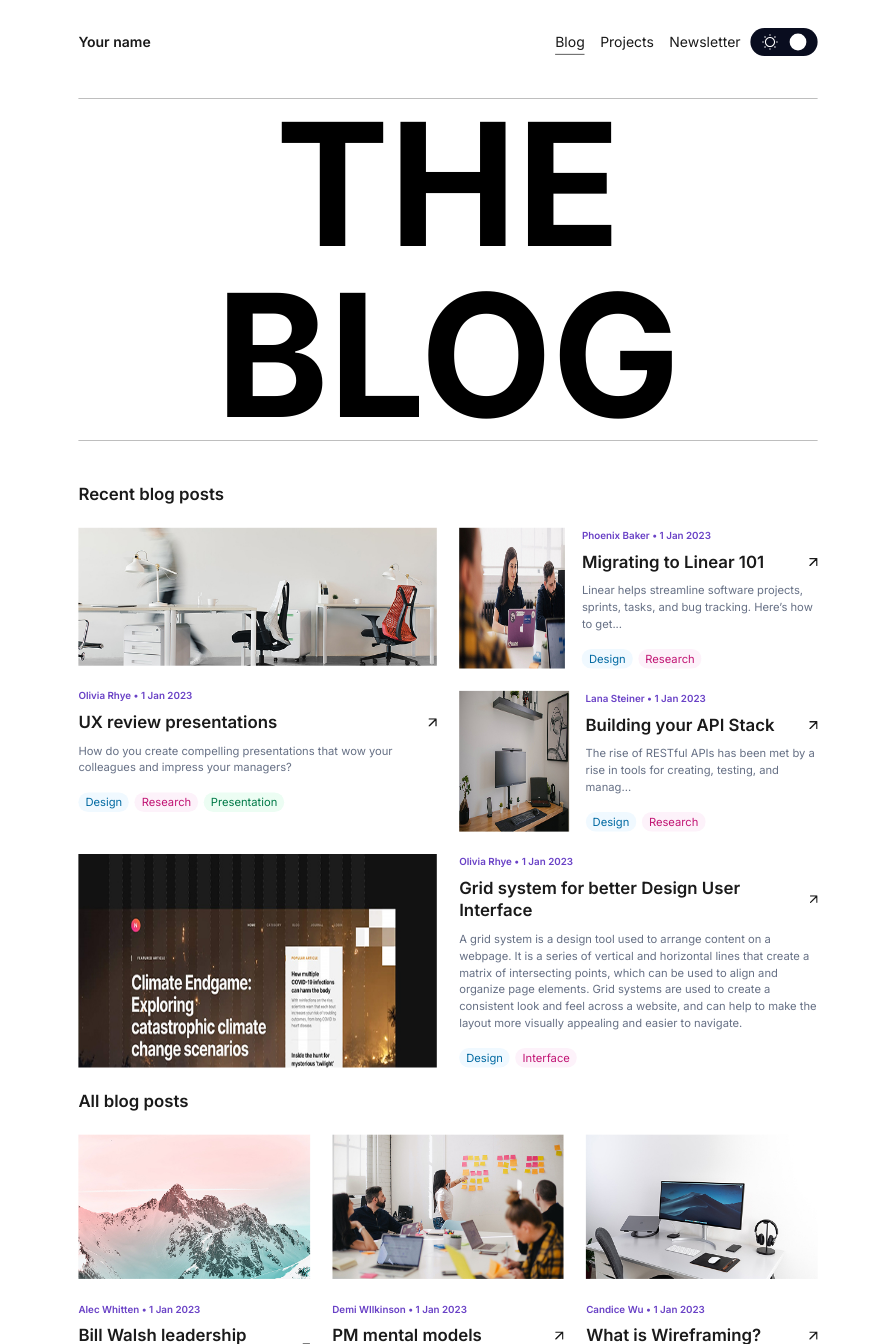
Repository: RawanBarakat-hub/task-6-adv
Page: /
These files come from the project's save history. The page is drawn as it stood at one moment and after a run of saves; the edit follows.
The browser window is 1280 px wide. The pictures show the part of the page from y = 0 to 1920 px (the page is 2857 px tall before and 720 px after), at 70% of full size.
The project was rebuilt for these pictures with package versions that can differ from the ones it lists, and the page was loaded fresh each time. Also part of the build but not shown: vite.config.ts, src/components/CardDetailed/CardDetailed.tsx, src/components/SectionBlogDetails/SectionBlogDetails.tsx, src/components/NewsLetterForm/NewsLetterForm.tsx, src/pages/Blog.tsx, src/components/SectionNews/SectionNews.tsx, src/components/MainNews/MainNews.tsx, src/pages/NewsLetter.tsx.

Above is the page before, as saved 2026-02-25 01:40:24.

### index.html
<!doctype html>
<html lang="en">
  <head>
    <meta charset="UTF-8" />
    <link rel="icon" type="image/svg+xml" href="/vite.svg" />
    <meta name="viewport" content="width=device-width, initial-scale=1.0" />
    <title>task-6-adv</title>
  </head>
  <body>
    <div id="root"></div>
    <script type="module" src="/src/main.tsx"></script>
  </body>
</html>

### src/main.tsx
import { StrictMode } from 'react'
import { createRoot } from 'react-dom/client'
import './index.css'
import { createBrowserRouter, RouterProvider } from 'react-router-dom'
import Home from './pages/Home.tsx'
import Blog from './pages/Blog.tsx'
import NewsLetter from './pages/NewsLetter.tsx'
import Root from './pages/Root.tsx'
import { DarkProvider } from './context/DarkContext.tsx'
import { Provider } from 'react-redux'
import store from './redux/store/index.ts'
const routes=createBrowserRouter([
  {
  path:"/",
  element:<Root/>,
  children:
    [
      {
        path:"",
        element:<Home/>
      },
      {
        path:"projects",
        element:<Blog/>,
        children:[
          {
            path:":id",
            element:<Blog/>
          }
        ]
      },
      {
        path:"news",
        element:<NewsLetter/>
      }
    ]
  }
])
createRoot(document.getElementById('root')!).render(
  <StrictMode>
    <Provider store={store}>
      <DarkProvider>
        <RouterProvider router={routes}></RouterProvider>
      </DarkProvider>
    </Provider>
  </StrictMode>,
)

### src/index.css
@import url('https://fonts.googleapis.com/css2?family=Inter:ital,opsz,wght@0,14..32,100..900;1,14..32,100..900&display=swap');
@import "tailwindcss";
@custom-variant dark (&:where(.dark, .dark *));
@theme {
    --color-text-color: #1A1A1A;
    --color-dark: #090D1F;
    --color-my-primary: #7F56D9;
    --font-inter: "Inter", sans-serif;
}

### src/pages/Home.tsx
import MainHome from "../components/MainHome/MainHome"

const Home = () => {
    return (
        <div>
            <MainHome/>
        </div>
    )
}

export default Home

### src/pages/Root.tsx
import { Outlet, useLocation } from "react-router-dom";
import NavBar from "../components/NavBar/NavBar";
import type { LinkProp } from "../interfaces";
import { useContext } from "react";
import { DarkContext } from "../context/DarkContext";
import Footer from "../components/Footer/Footer";
import ScrollToTop from "../components/ScollToTop";
import { motion, AnimatePresence } from "framer-motion";

const Root = () => {
    const { dark } = useContext(DarkContext);
    const location = useLocation();

    const navItems: Array<LinkProp> = [
        { url: "/", text: "Blog" },
        { url: "/projects", text: "Projects" },
        { url: "/news", text: "Newsletter" }
    ];

    const footerItems: Array<LinkProp> = [
        { url: "https://x.com", text: "Twitter " },
        { url: "https://www.linkedin.com", text: "LinkedIn" },
        { url: "mailto:blog@gmail.com", text: "Email" },
        { url: "#", text: "RSS feed" },
        { url: "#", text: "Add to Feedly" }
    ];

    return (
        <div
    className={`
        ${dark && "dark"}
        px-5 lg:px-28 font-inter
        bg-white dark:bg-dark
        transition-colors duration-500 ease-in-out
    `}
    >

        <NavBar
            name="Your name"
            items={navItems}
            image1={{ source: "/assets/sun.svg", alternative: "sun icon" }}
            image2={{ source: "/assets/moon.svg", alternative: "moon icon" }}
            image3={{
            source: "/assets/bars.svg",
            source_mode: "/assets/bars-white.svg",
            alternative: "bars icon"
            }}
            image4={{
            source: "/assets/xmenu.svg",
            source_mode: "/assets/xblack.svg",
            alternative: "x icon"
            }}
        />

        {/* 🔥 Page Transition */}
        <AnimatePresence mode="wait">
            <motion.div
            key={location.pathname}
            initial={{ opacity: 0, y: 20 }}
            animate={{ opacity: 1, y: 0 }}
            exit={{ opacity: 0, y: -20 }}
            transition={{ duration: 0.4, ease: "easeInOut" }}
            >
            <Outlet />
            </motion.div>
        </AnimatePresence>

        <Footer info="© 2023" items={footerItems} />
        <ScrollToTop />
        </div>
    );
};

export default Root;

### src/context/DarkContext.tsx
    import { createContext, useEffect, useState } from "react";
    import type { ReactNode } from "react"
    interface DarkContextType {
    dark: boolean;
    setDark: (value: boolean) => void;
    }

    export const DarkContext = createContext<DarkContextType>({
    dark: false,
    setDark: () => {},
    });

    interface DarkProviderProps {
    children: ReactNode;
    }

    export const DarkProvider = ({ children }: DarkProviderProps) => {
    const [dark, setDark] = useState<boolean>(() => {
        const saved = localStorage.getItem("theme");
        return saved === "dark";
    });

    useEffect(() => {
        if (dark) {
        document.documentElement.classList.add("dark");
        localStorage.setItem("theme", "dark");
        } else {
        document.documentElement.classList.remove("dark");
        localStorage.setItem("theme", "light");
        }
    }, [dark]);

    return (
        <DarkContext.Provider value={{ dark, setDark }}>
        {children}
        </DarkContext.Provider>
    );
    };

### src/redux/store/index.ts
import { configureStore } from "@reduxjs/toolkit";
import blogReducer from "./../slice/index.tsx"
const store=configureStore({
    reducer:{
        blogs:blogReducer
    }
})
export default store

### src/components/MainHome/MainHome.tsx
import HeroHome from "../HeroHome/HeroHome"
import Pagination from "../Pagination/Pagination"
import SectionHomeAllBlogs from "../SectionHomeAllBlogs/SectionHomeAllBlogs"
import SectionHomeRecentBlogs from "../SectionHomeRecentBlogs/SectionHomeRecentBlogs"

const MainHome = () => {
    return (
        <main>
            <HeroHome title="The Blog"/>
            <SectionHomeRecentBlogs/>
            <SectionHomeAllBlogs/>
            <Pagination/>
        </main>
    )
}

export default MainHome

### src/components/Footer/Footer.tsx
import type { FooterProps } from "../../interfaces"

const Footer = ({info,items}:FooterProps) => {
    return (
        <footer className="pt-[30px] pb-[23px] md:pb-[30px]
        flex justify-center items-center flex-col-reverse md:flex-row md:justify-start gap-3.5">
            <span className="text-[20px] text-text-color dark:text-white">{info}</span>
            <ul className="flex justify-center items-center flex-col md:flex-row gap-3.5">
                {
                    items.map((item)=>{
                        return <li><a className="text-[20px] text-text-color hover:text-[#6941C6]
                        dark:text-white" href={item.url}>{item.text}</a></li>
                    })
                }
            </ul>
        </footer>
    )
}

export default Footer

### src/components/ScollToTop.tsx
import { useEffect, useState } from "react"
import { motion, AnimatePresence, useScroll } from "framer-motion"

const ScrollToTop = () => {
    const { scrollY } = useScroll()
    const [visible, setVisible] = useState(false)

    useEffect(() => {
        const unsubscribe = scrollY.on("change", (latest) => {
        if (latest > 200) {
            setVisible(true)
        } else {
            setVisible(false)
        }
        })

        return () => unsubscribe()
    }, [scrollY])

    const scrollToTop = () => {
        window.scrollTo({
        top: 0,
        behavior: "smooth"
        })
    }

    return (
        <AnimatePresence>
        {visible && (
            <motion.div
            onClick={scrollToTop}
            initial={{ opacity: 0, scale: 0.5, y: 40 }}
            animate={{ opacity: 1, scale: 1, y: 0 }}
            exit={{ opacity: 0, scale: 0.5, y: 40 }}
            transition={{ duration: 0.3 }}
            whileHover={{ scale: 1.1 }}
            whileTap={{ scale: 0.9 }}
            className="fixed bottom-6 right-6 z-50 w-15 h-15 flex
            justify-center items-center bg-my-primary
            rounded-full shadow-lg cursor-pointer"
            >
            <img
                src="/assets/arrow-top.svg"
                alt="arrow"
                className="w-9"
            />
            </motion.div>
        )}
        </AnimatePresence>
    )
}

export default ScrollToTop

### src/components/HeroHome/HeroHome.tsx
import type { TitleProp } from "../../interfaces"

const HeroHome = ({title}:TitleProp) => {
    return (
        <div className="pt-[92px] md:pt-[110px] lg:pt-[140px]">
            <h1 className="dark:text-white font-bold uppercase text-7xl md:text-[160.8px] lg:text-[243.8px] text-center
            border-y border-[#00000057] dark:border-white">{title}</h1>
        </div>
    )
}

export default HeroHome

### src/components/Pagination/Pagination.tsx
import { useDispatch, useSelector } from "react-redux";
import type { BlogsState } from "../../interfaces";
import PaginationLink from "../PaginationLink/PaginationLink";
import { setPage } from "../../redux/slice";

const Pagination = () => {
    const dispatch = useDispatch();
    const { blogs, currentPage } = useSelector(
        (state: { blogs: BlogsState }) => state.blogs);
    const cardsPerPage = 6;
    const totalPages = Math.ceil(blogs.length / cardsPerPage)
    const goToPage = (page: number) => {
        if (page >= 1 && page <= totalPages) {
            dispatch(setPage(page))
        }
    }
    const getPageNumbers = () => {
        const pages = [];
        if (totalPages <= 5) {
            for (let i = 1; i <= totalPages; i++) pages.push(i);
        } else {
            pages.push(1);
            pages.push(2);
            pages.push(3);
            pages.push("...");
            pages.push(totalPages - 1);
            pages.push(totalPages);
        }
        return pages;
    }
    return (
        <div className="flex flex-col md:flex-row justify-between items-center gap-5
        mt-10 pt-5 pb-6">
            <PaginationLink
                image={{
                    source: "/assets/previous.svg",
                    source_mode: "/assets/previosdark.svg",
                    alternative: "previous"
                }}
                text="Previous"
                onClick={() => goToPage(currentPage - 1)}
            />
            <ul className="flex gap-1">
                {getPageNumbers().map((num, index) => (
                    <li key={index}>
                        {num === "..." ? (
                            <span className="w-10 flex justify-center items-center text-[#667085]">
                                ...
                            </span>
                        ) : (
                            <button
                                onClick={() => goToPage(num as number)}
                                className={`flex justify-center items-center w-10 h-10 rounded-lg font-medium text-[14px] cursor-pointer
                                ${currentPage === num
                                        ? "bg-[#F9F5FF] text-[#7F56D9]"
                                        : "text-[#667085] dark:text-[#EFEFEF]"
                                    }`}
                            >
                                {num}
                            </button>
                        )}
                    </li>
                ))}
            </ul>
            <PaginationLink
                className="next"
                image={{
                    source: "/assets/next.svg",
                    source_mode: "/assets/nextdark.svg",
                    alternative: "next"
                }}
                text="Next"
                onClick={() => goToPage(currentPage + 1)}
            />
        </div>
    );
};

export default Pagination;

### src/components/SectionHomeAllBlogs/SectionHomeAllBlogs.tsx
import { useSelector } from "react-redux"
import TitleSection from "../TitleSection/TitleSection"
import type { BlogsState } from "../../interfaces"
import ContainerGrid from "../ContainerGrid/ContainerGrid"
import Card from "../Card/Card"

const SectionHomeAllBlogs = () => {
    const { blogs, currentPage } = useSelector((state: { blogs: BlogsState }) => state.blogs);
    const cardsPerPage = 6;
    const start = (currentPage - 1) * cardsPerPage;
    const end = start + cardsPerPage
    const paginatedBlogs = blogs.slice(start, end);
    return (
        <section className="mt-8 pb-[30px] lg:border-b border-[#EAECF0] dark:border-[#EAECF057]">
            <TitleSection title="All blog posts" />
            <ContainerGrid>
                {
                    paginatedBlogs.map((blog)=>{
                        return <Card key={blog.id}
                        id={blog.id}
                        image={blog.image} author={blog.author}
                        title={blog.title}
                        description={blog.description}
                        category1={blog.category1}
                        category2={blog.category2}
                        category3={blog.category3}/>
                    })
                }
            </ContainerGrid>

        </section>
    )
}

export default SectionHomeAllBlogs

### src/components/SectionHomeRecentBlogs/SectionHomeRecentBlogs.tsx
import { useSelector } from "react-redux"
import TitleSection from "../TitleSection/TitleSection"
import type { BlogsState } from "../../interfaces"
import ContainerGrid from "../ContainerGrid/ContainerGrid"
import Card from "../Card/Card"

const SectionHomeRecentBlogs = () => {
    const blogs = useSelector((state: { blogs: BlogsState }) => state.blogs.blogs);
    const homeBlogs = blogs.slice(-4)
    return (
        <section className="mt-[50px] md:mt-[60px] mb-[30px]">
            <TitleSection title="Recent blog posts" />
            <ContainerGrid className="recent">
                {
                homeBlogs?.map((homeBlog,index:number)=>{
                    const flexClass = (index === 1 || index === 2) ? "md:flex md:gap-6" : ""
                    let gridClass = ""
                    if (index === 0) gridClass = "lg:row-span-2"
                    if (index === 1) gridClass = "lg:row-start-1 lg:row-span-1 lg:col-start-2 image"
                    if (index === 2) gridClass = "lg:row-span-1 lg:col-start-2 image"
                    if (index === 3) gridClass = "lg:col-span-2 lg:gap-8 lg:box image"
                    return <Card key={homeBlog.id}
                    className={`${flexClass} ${gridClass}`}
                    id={homeBlog.id}
                    image={homeBlog.image} author={homeBlog.author}
                    title={homeBlog.title} description={homeBlog.description}
                    category1={homeBlog.category1}
                    category2={homeBlog.category2}
                    category3={homeBlog.category3} />
                })
            }
            </ContainerGrid>
        </section>
    )
}

export default SectionHomeRecentBlogs

### src/components/TitleSection/TitleSection.tsx
import type { TitleProp } from "../../interfaces"

const TitleSection = ({title}:TitleProp) => {
    return (
        <h2 className="text-text-color font-semibold text-2xl dark:text-white
        mb-8">{title}</h2>
    )
}

export default TitleSection

### src/components/ContainerGrid/ContainerGrid.tsx
import type { ContainerGridProps } from "../../interfaces";

const ContainerGrid = ({ className, children }: ContainerGridProps) => {
    const gridClasses =
        className === "recent"
            ? "grid-cols-1 gap-8 lg:items-start lg:grid-cols-2"
            : className === "details"
            ? "grid-cols-1 gap-8"
            : "grid-cols-1 gap-6 md:grid-cols-2 md:gap-x-4 md:gap-y-6 lg:grid-cols-3 lg:gap-x-8 lg:gap-y-12";
    return (
        <div className={`grid ${gridClasses}`}>
            {children}
        </div>
    );
};

export default ContainerGrid;

### src/components/Card/Card.tsx
import { Link } from "react-router-dom"
import type { CardProps } from "../../interfaces"
import { useContext } from "react"
import { DarkContext } from "../../context/DarkContext"
import { motion } from "framer-motion"

const Card = ({className,id,image,author,title,description,category1,category2,category3}:CardProps) => {
        const {dark}=useContext(DarkContext)
    return (
        <motion.div
            initial={{ opacity: 0, y: 40 }}
            whileInView={{ opacity: 1, y: 0 }}
            whileHover={{ y: -8 }}
            transition={{ duration: 0.5, ease: "easeOut" }}
            viewport={{ once: true }}
            className={`${className} ${className?.includes("box")&&"lg:grid lg:grid-cols-2"}`}
        >
            <div className={`mw-fit mb-6 ${
                className?.includes("image") ? "lg:mb-0" : "lg:mb-8"}`}>
                <motion.img
                    whileHover={{ scale: 1.05 }}
                    transition={{ duration: 0.4 }}
                    className={`w-full
                    ${className?.includes("image")&&"lg:h-full"}`}
                    src={image.source}
                    alt={image.alternative}
                />
            </div>
            <div>
                <p className="text-[#6941C6] font-semibold text-[14px]">{author}</p>
                <div className="my-3 flex justify-between items-center gap-4">
                    <h3 className="text-text-color font-semibold text-2xl
                dark:text-white">{title}</h3>

                <motion.div whileHover={{ x: 5 }}>
                    <Link to={`/projects/${id}`}>
                        <img src={dark?"/assets/arrowblogwhite.svg":"/assets/arrowblog.svg"} alt="arrow photo" />
                    </Link>
                </motion.div>

                </div>
                <p className="text-[#667085] mb-6 leading-6
                dark:text-[#C0C5D0]">{description}</p>
                <div className="flex gap-2">
                    <span className="bg-[#F0F9FF] text-[#026AA2] py-0.5 px-2.5 rounded-2xl">{category1}</span>
                    <span className="bg-[#FDF2FA] text-[#C11574] py-0.5 px-2.5 rounded-2xl">{category2}</span>
                    {
                        category3 && <span className="bg-[#ECFDF3] text-[#027A48] py-0.5 px-2.5 rounded-2xl">{category3}</span>
                    }
                </div>
            </div>
        </motion.div>
    )
}

export default Card

### src/components/PaginationLink/PaginationLink.tsx
import { Link } from "react-router-dom"
import type { PaginationLinkProps } from "../../interfaces"
import { useContext } from "react"
import { DarkContext } from "../../context/DarkContext"

const PaginationLink = ({className,image,text,onClick}:PaginationLinkProps) => {
    const {dark}=useContext(DarkContext)
    return (
        <Link  onClick={onClick}
        className={`flex gap-2 items-center font-medium text-[14px]
        text-[#667085] dark:text-[#EFEFEF]
        ${className=="next"&&"flex-row-reverse"}`} to="">
            <img src={dark?image.source_mode:image.source} alt={image.alternative} />
            {text}
        </Link>
    )
}

export default PaginationLink

Loaded but not shown: src/redux/slice/index.tsx (6164 lines, source omitted); src/components/NavBar/NavBar.tsx (101 lines, source omitted)

After the next 3 saves:
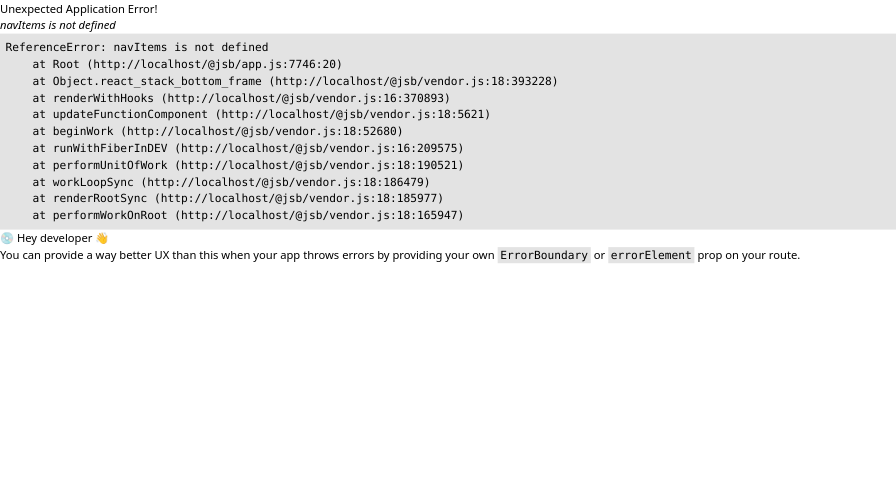
The 3 saves are shown as one change because they came seconds apart.
The last was saved 23 s later.
--- a/src/pages/Root.tsx
+++ b/src/pages/Root.tsx
@@ -10,21 +10,6 @@ import { motion, AnimatePresence } from "framer-motion";
 const Root = () => {
     const { dark } = useContext(DarkContext);
     const location = useLocation();
-
-    const navItems: Array<LinkProp> = [
-        { url: "/", text: "Blog" },
-        { url: "/projects", text: "Projects" },
-        { url: "/news", text: "Newsletter" }
-    ];
-
-    const footerItems: Array<LinkProp> = [
-        { url: "https://x.com", text: "Twitter " },
-        { url: "https://www.linkedin.com", text: "LinkedIn" },
-        { url: "mailto:blog@gmail.com", text: "Email" },
-        { url: "#", text: "RSS feed" },
-        { url: "#", text: "Add to Feedly" }
-    ];
-
     return (
         <div
     className={`
